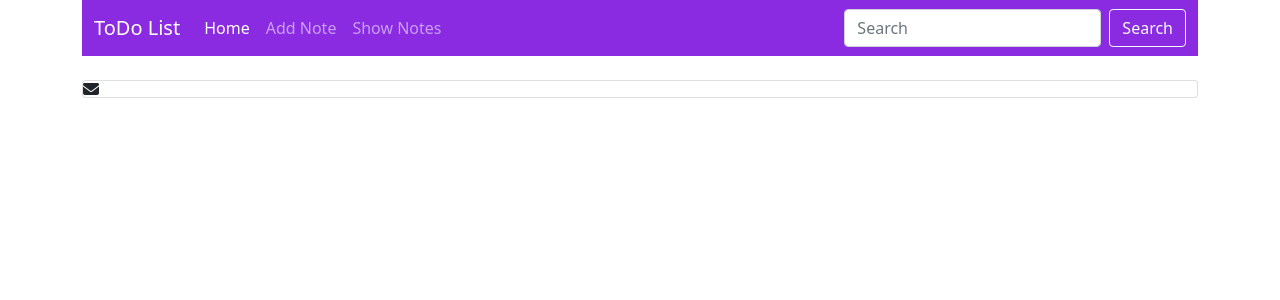
Repository: VishalSalvi17/Hibernate
Page: http://localhost/ToDoList/
These files come from the project's save history. The page is drawn as it stood at one moment and after the next save; the edit follows.
The browser window is 1280 px wide. The pictures show the whole page.
Some web libraries are served in a nearby version. The page is served by Tomcat 9.

Above is the page before, as saved 2023-03-17 06:47:55.

After the next save:
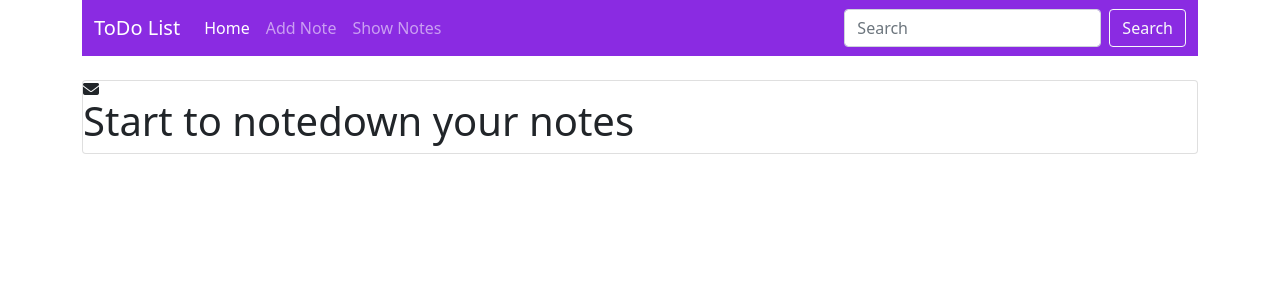
Saved 37 s later.
--- a/ToDoList/src/main/webapp/index.jsp
+++ b/ToDoList/src/main/webapp/index.jsp
@@ -19,6 +19,7 @@
 		<div class="card">
 		<!-- <img alt="" src="">-->
 		<i class="fa-solid fa-envelope"></i>
+		<h1>Start to notedown your notes</h1>
 		</div>
 	</div>
 </body>
